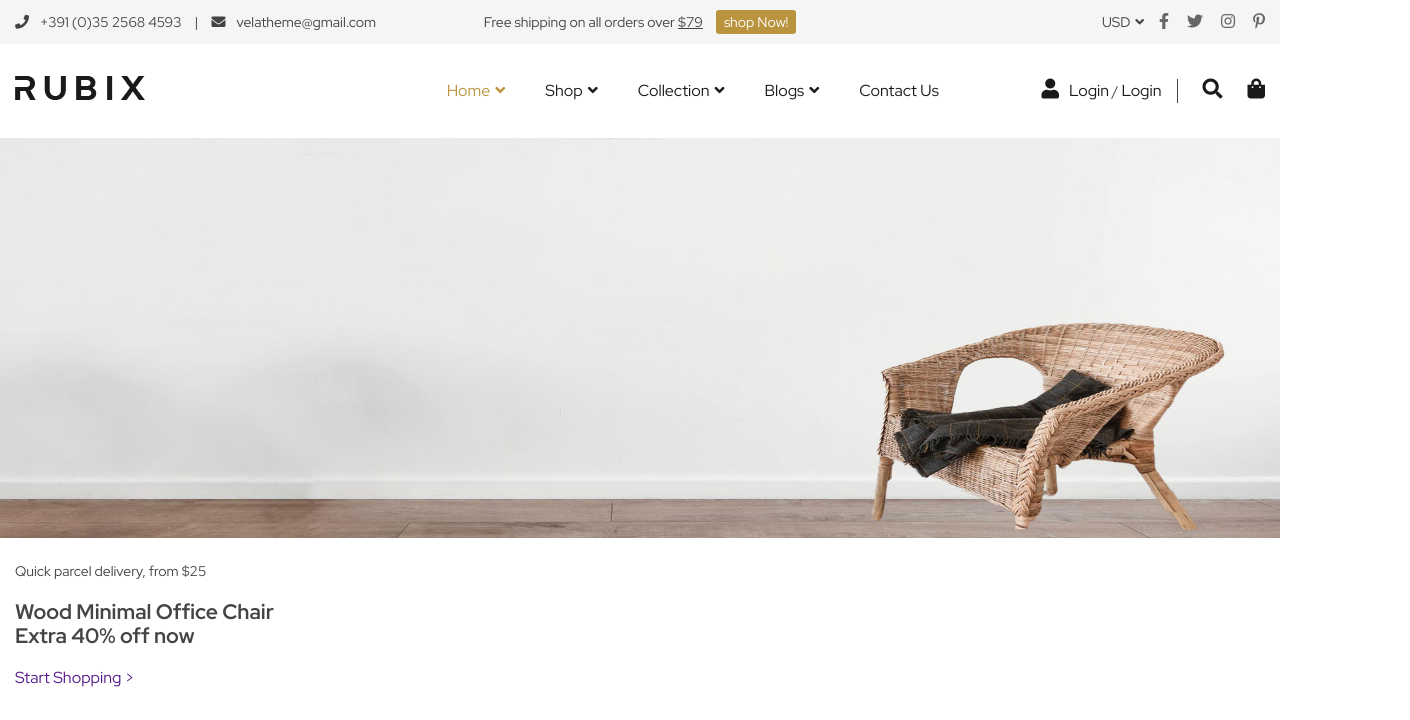
Repository: ldminh95/Gin-velademo
Page: index.html
These files come from the project's save history. The page is drawn as it stood at one moment and after the next save; the edit follows.
The browser window is 1280 px wide. The page is 1410 px wide, so the pictures cover 1410 px, including what lies to the right of the window. The pictures show the whole page.
The style sheet was rebuilt from its Sass, Less or Tailwind sources for each picture, by a compiler version that may differ from the author's.

Above is the page before, as saved 2023-05-28 10:54:38.

After the next save:
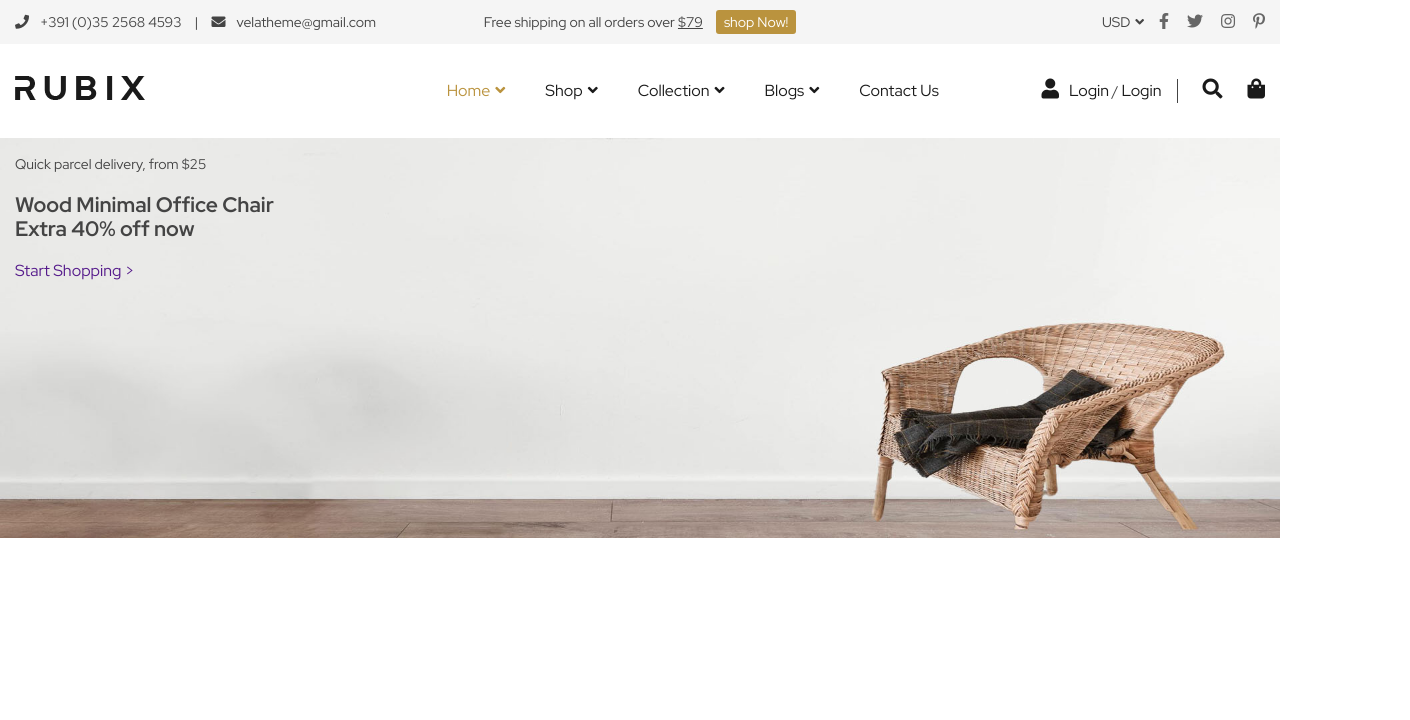
Saved 2 min 20 s later.
--- a/scss/style.scss
+++ b/scss/style.scss
@@ -169,7 +169,12 @@
             position: relative;
             .wrapper {
                width: 1410px;
+               position: absolute;
                margin: 0 auto;
+               top: 0;
+               left: 0;
+               right: 0;
+               bottom: 0;
                .slide_item-content {
                     padding: 0 15px;
                     position: relative;
